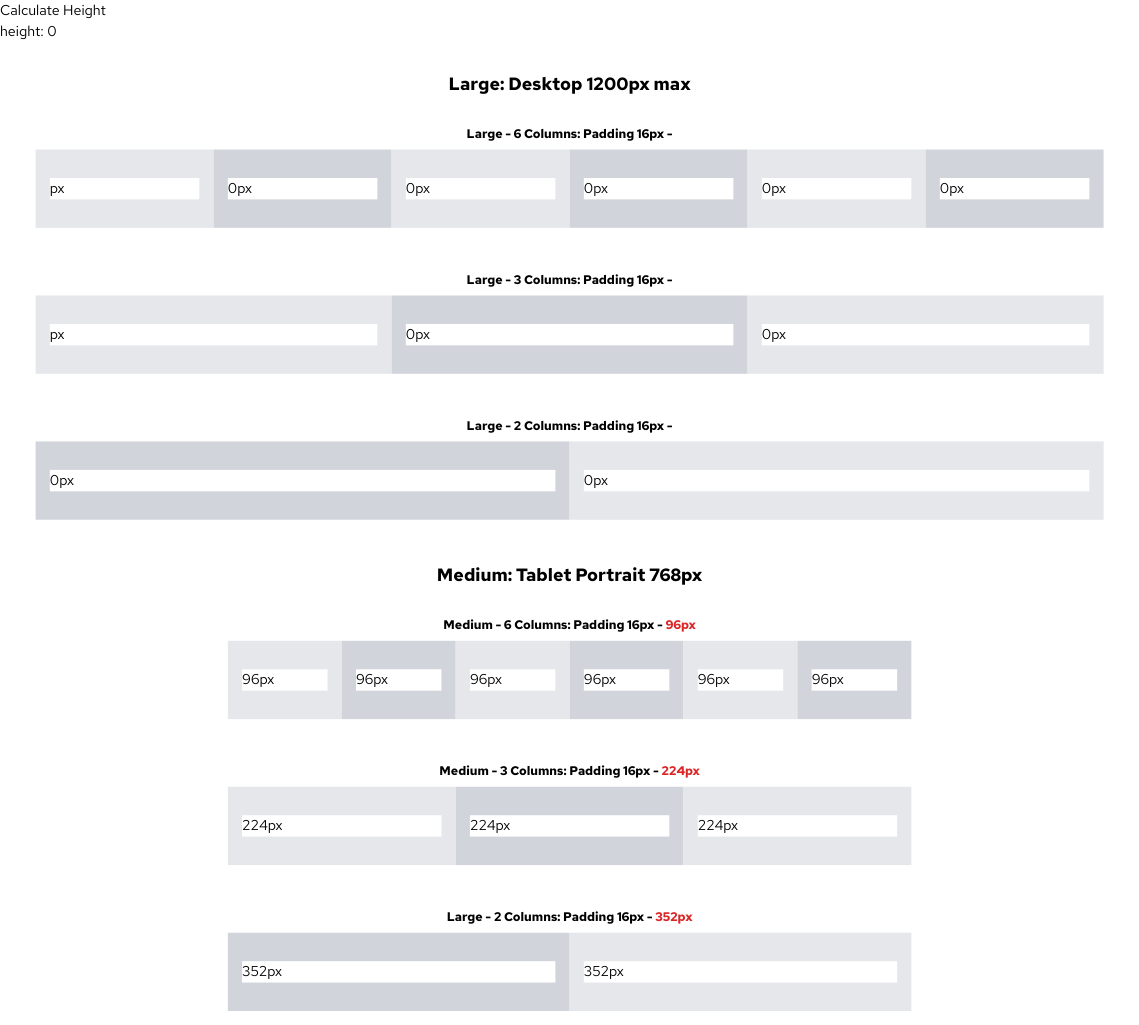
Repository: fabianwurk/vue-tailwind
Page: /
These files come from the project's save history. The page is drawn as it stood at one moment and after the next save; the edit follows.
The browser window is 1280 px wide. The pictures show the whole page, at 89% of full size.
The project was rebuilt for these pictures with package versions that can differ from the ones it lists, and the page was loaded fresh each time. Also part of the build but not shown: vite.config.js.

Above is the page before, as saved 2021-03-16 22:00:52.

### index.html
<!DOCTYPE html>
<html lang="en">
  <head>
    <link rel="preconnect" href="https://fonts.gstatic.com">
<link href="https://fonts.googleapis.com/css2?family=Red+Hat+Text:wght@400;700&display=swap" rel="stylesheet">
    <meta charset="UTF-8" />
    <link rel="icon" href="/favicon.ico" />
    <meta name="viewport" content="width=device-width, initial-scale=1.0" />
    <title>Vite App</title>
  </head>
  <body>
    <div id="app"></div>
    <script type="module" src="/src/main.js"></script>
  </body>
</html>

### src/App.vue
<template>
  <Large />
  <Medium />
</template>

<script setup>
import Large from './components/Large.vue';
import Medium from './components/Medium.vue';

</script>

### src/index.css
/* ./src/index.css */
@tailwind base;

body {
  font-family: 'Red Hat Text', sans-serif;
}
@tailwind components;
@tailwind utilities;

### src/components/Large.vue
<template>
  <div>
  <button @click="calculateWidth()">Calculate Height</button>
  <p>height: {{width}}</p>
  <h1 class="text-xl font-bold mb-2 mt-8 text-center">Large: Desktop 1200px max</h1>
  <div class="container mx-auto">
    <h2 class="text-sm font-bold mb-2 mt-8 text-center">Large - 6 Columns: Padding 16px - <span class="text-red-600">{{ sixCol }}</span></h2>
    <div class="flex items-center">
      <div class="w-1/6 bg-gray-200 mb-4 mt-0 py-8 px-4">
        <span class="bg-white w-full block" ref="app6">{{width6}}px</span>
      </div>
      <div class="w-1/6 bg-gray-300 mb-4 mt-0 py-8 px-4">
        <span class="bg-white w-full block">{{width}}px</span>
      </div>
      <div class="w-1/6 bg-gray-200 mb-4 mt-0 py-8 px-4">
        <span class="bg-white w-full block">{{width}}px</span>
      </div>
      <div class="w-1/6 bg-gray-300 mb-4 mt-0 py-8 px-4">
        <span class="bg-white w-full block">{{width}}px</span>
      </div>
      <div class="w-1/6 bg-gray-200 mb-4 mt-0 py-8 px-4">
        <span class="bg-white w-full block">{{width}}px</span>
      </div>
      <div class="w-1/6 bg-gray-300 mb-4 mt-0 py-8 px-4">
        <span class="bg-white w-full block">{{width}}px</span>
      </div>
    </div>
  </div>

  <div class="container mx-auto">
    <h2 class="text-sm font-bold mb-2 mt-8 text-center">Large - 3 Columns: Padding 16px - <span class="text-red-600">{{ threeCol }}</span></h2>
    <div class="flex items-center">
      <div class="w-1/3 bg-gray-200 mb-4 mt-0 py-8 px-4">
        <span class="bg-white w-full block" ref="app3">{{width3}}px</span>
      </div>
      <div class="w-1/3 bg-gray-300 mb-4 mt-0 py-8 px-4">
        <span class="bg-white w-full block">{{width}}px</span>
      </div>
      <div class="w-1/3 bg-gray-200 mb-4 mt-0 py-8 px-4">
        <span class="bg-white w-full block">{{width}}px</span>
      </div>
    </div>
  </div>

  <div class="container mx-auto">
    <h2 class="text-sm font-bold mb-2 mt-8 text-center">Large - 2 Columns: Padding 16px - <span class="text-red-600">{{ twoCol }}</span></h2>
    <div class="flex items-center">
      <div class="w-1/2 bg-gray-300 mb-4 mt-0 py-8 px-4">
        <span class="bg-white w-full block">{{width}}px</span>
      </div>
      <div class="w-1/2 bg-gray-200 mb-4 mt-0 py-8 px-4">
        <span class="bg-white w-full block">{{width}}px</span>
      </div>
    </div>
  </div>

  </div>
</template>

<script>
export default {
  data() {
    return {
      width: 0,
    };
  },
  methods: {
    calculateWidth() {
      this.width6 = this.$refs.app6.clientWidth;
      this.width3 = this.$refs.app3.clientWidth;
    }
  }
}
</script>

### src/components/Medium.vue
<template>
  <div>
  <h1 class="text-xl font-bold mb-2 mt-8 text-center">Medium: Tablet Portrait 768px</h1>
  <div class="max-w-3xl mx-auto">
    <h2 class="text-sm font-bold mb-2 mt-8 text-center">Medium - 6 Columns: Padding 16px - <span class="text-red-600">{{ sixColMd }}</span></h2>
    <div class="flex items-center">
      <div class="w-1/6 bg-gray-200 mb-4 mt-0 py-8 px-4">
        <span class="bg-white w-full block">{{ sixColMd }}</span>
      </div>
      <div class="w-1/6 bg-gray-300 mb-4 mt-0 py-8 px-4">
        <span class="bg-white w-full block">{{ sixColMd }}</span>
      </div>
      <div class="w-1/6 bg-gray-200 mb-4 mt-0 py-8 px-4">
        <span class="bg-white w-full block">{{ sixColMd }}</span>
      </div>
      <div class="w-1/6 bg-gray-300 mb-4 mt-0 py-8 px-4">
        <span class="bg-white w-full block">{{ sixColMd }}</span>
      </div>
      <div class="w-1/6 bg-gray-200 mb-4 mt-0 py-8 px-4">
        <span class="bg-white w-full block">{{ sixColMd }}</span>
      </div>
      <div class="w-1/6 bg-gray-300 mb-4 mt-0 py-8 px-4">
        <span class="bg-white w-full block">{{ sixColMd }}</span>
      </div>
    </div>
  </div>

  <div class="max-w-3xl mx-auto">
    <h2 class="text-sm font-bold mb-2 mt-8 text-center">Medium - 3 Columns: Padding 16px - <span class="text-red-600">{{ threeColMd }}</span></h2>
    <div class="flex items-center">
      <div class="w-1/3 bg-gray-200 mb-4 mt-0 py-8 px-4">
        <span class="bg-white w-full block">{{ threeColMd }}</span>
      </div>
      <div class="w-1/3 bg-gray-300 mb-4 mt-0 py-8 px-4">
        <span class="bg-white w-full block">{{ threeColMd }}</span>
      </div>
      <div class="w-1/3 bg-gray-200 mb-4 mt-0 py-8 px-4">
        <span class="bg-white w-full block">{{ threeColMd }}</span>
      </div>
    </div>
  </div>

  <div class="max-w-3xl mx-auto">
    <h2 class="text-sm font-bold mb-2 mt-8 text-center">Large - 2 Columns: Padding 16px - <span class="text-red-600">{{ twoColMd }}</span></h2>
    <div class="flex items-center">
      <div class="w-1/2 bg-gray-300 mb-4 mt-0 py-8 px-4">
        <span class="bg-white w-full block">{{ twoColMd }}</span>
      </div>
      <div class="w-1/2 bg-gray-200 mb-4 mt-0 py-8 px-4">
        <span class="bg-white w-full block">{{ twoColMd }}</span>
      </div>
    </div>
  </div>

  </div>
</template>

<script>
export default {
  data() {
    return {
      sixColMd: "96px",
      threeColMd: "224px",
      twoColMd: "352px",
    };
  },
}
</script>

### tailwind.config.js
module.exports = {
  purge: ['./index.html', './src/**/*.{vue,js,ts,jsx,tsx}'],
  darkMode: false, // or 'media' or 'class'
  theme: {
    extend: {
      container: {
        'md': {'max': '768px'},
      },
      screens: {
        'xl': {'min': '1200px', 'max': '1280px'},
        '2xl': {'max': '1280px'},
      },
    },
  },
  variants: {
    extend: {},
  },
  plugins: [],
}

Loaded but not shown: src/main.js (common file)

After the next save:
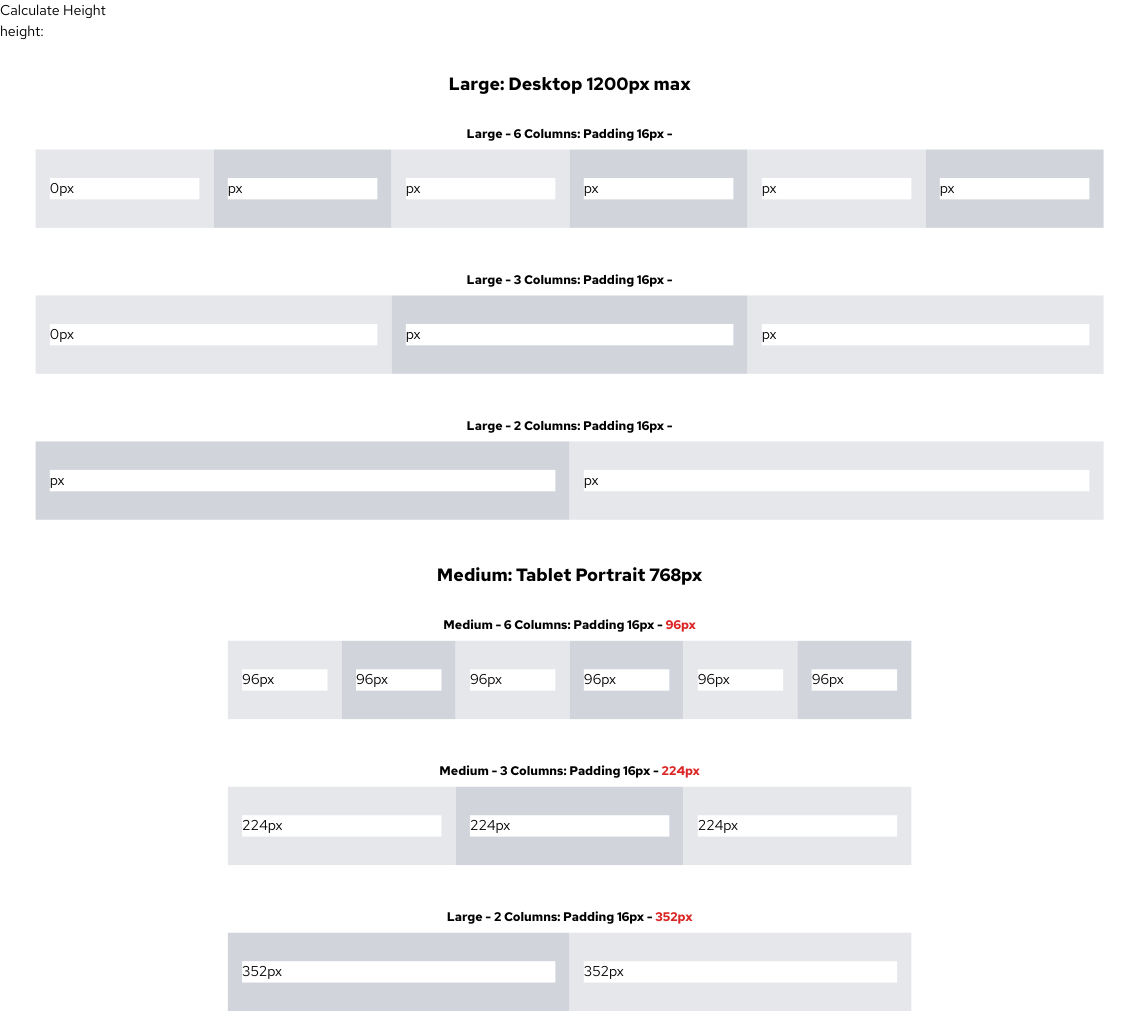
Saved 31 s later.
--- a/src/components/Large.vue
+++ b/src/components/Large.vue
@@ -61,7 +61,8 @@
 export default {
   data() {
     return {
-      width: 0,
+      width6: 0,
+      width3: 0,
     };
   },
   methods: {
